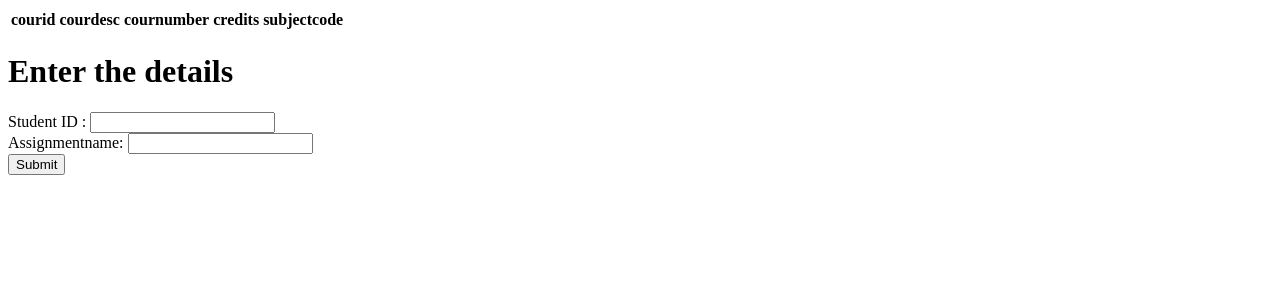
Repository: sanjukthas/NumberUtility
Page: http://localhost/HarrisonCollege/Enroll.jsp
The author's editor kept a copy of each file at every save. The page is drawn from the files as they stood at one save, then again after the next save.
The browser window is 1280 px wide. The pictures show the whole page.
The page is served by Tomcat 9.

Above is the page before, as saved 2016-07-22 18:59:40.

After the next save:
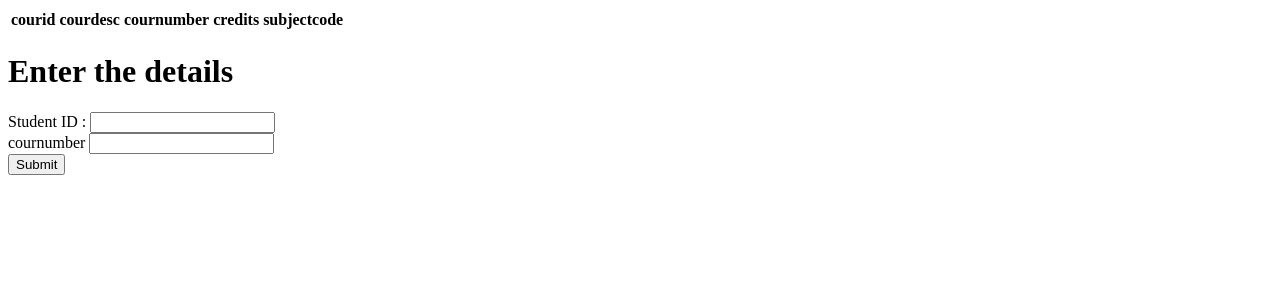
Saved 107 s later.
--- a/HarrisonCollege/WebContent/Enroll.jsp
+++ b/HarrisonCollege/WebContent/Enroll.jsp
@@ -47,7 +47,7 @@
     <input type="text" name="student" class="form-control" id="student">
   </div>
   <div class="form-group">
-    <label for="cournumber">Assignmentname:</label>
+    <label for="cournumber">cournumber</label>
     <input type="text" name="cournumber" class="form-control" id="cournumber">
   </div>
 
